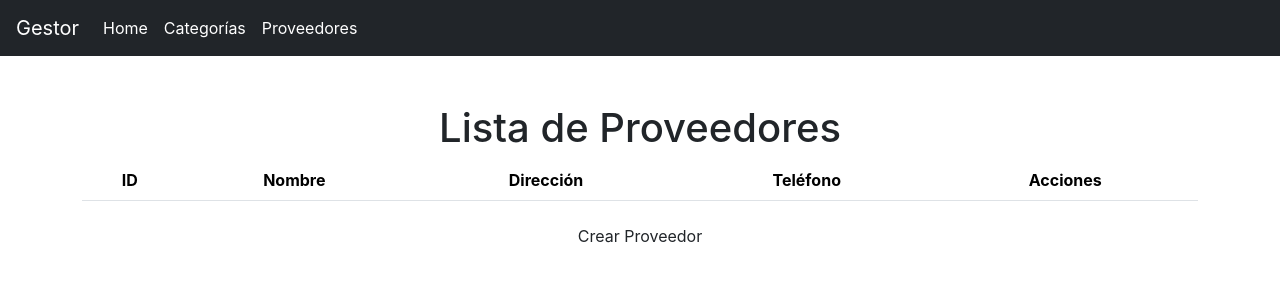
Repository: SantiagoGuaman/gestor-app
Page: /providers
The author's editor kept a copy of each file at every save. The page is drawn from the files as they stood at one save, then again after the next save.
The browser window is 1280 px wide. The pictures show the whole page.
The page's requests for data from a server got no answer. The project was rebuilt for these pictures with package versions that can differ from the ones it lists, and the page was loaded fresh each time. No one was signed in, and anything a server would have sent is missing. Also part of the build but not shown: src/App.css, src/Categories/GetDataCategories.js, src/HomePage/HomePage.js.

Above is the page before, as saved 2024-02-15 09:40:40.

### public/index.html
<!DOCTYPE html>
<html lang="en">
  <head>
    <meta charset="utf-8" />
    <link rel="icon" href="%PUBLIC_URL%/favicon.ico" />
    <meta name="viewport" content="width=device-width, initial-scale=1" />
    <meta name="theme-color" content="#000000" />
    <meta
      name="description"
      content="Web site created using create-react-app"
    />
    <link rel="apple-touch-icon" href="%PUBLIC_URL%/logo192.png" />
    <!--
      manifest.json provides metadata used when your web app is installed on a
      user's mobile device or desktop. See https://developers.google.com/web/fundamentals/web-app-manifest/
    -->
    <link href="https://cdn.jsdelivr.net/npm/bootstrap@5.3.2/dist/css/bootstrap.min.css" rel="stylesheet" integrity="sha384-T3c6CoIi6uLrA9TneNEoa7RxnatzjcDSCmG1MXxSR1GAsXEV/Dwwykc2MPK8M2HN" crossorigin="anonymous">
    <link rel="manifest" href="%PUBLIC_URL%/manifest.json" />
    <!--
      Notice the use of %PUBLIC_URL% in the tags above.
      It will be replaced with the URL of the `public` folder during the build.
      Only files inside the `public` folder can be referenced from the HTML.

      Unlike "/favicon.ico" or "favicon.ico", "%PUBLIC_URL%/favicon.ico" will
      work correctly both with client-side routing and a non-root public URL.
      Learn how to configure a non-root public URL by running `npm run build`.
    -->
    <title>Gestor APP</title>
  </head>
  <body>
    <noscript>You need to enable JavaScript to run this app.</noscript>
    <div id="root"></div>
    <!--
      This HTML file is a template.
      If you open it directly in the browser, you will see an empty page.

      You can add webfonts, meta tags, or analytics to this file.
      The build step will place the bundled scripts into the <body> tag.

      To begin the development, run `npm start` or `yarn start`.
      To create a production bundle, use `npm run build` or `yarn build`.
    -->
  </body>
  <script src="https://cdn.jsdelivr.net/npm/bootstrap@5.3.2/dist/js/bootstrap.bundle.min.js" integrity="sha384-C6RzsynM9kWDrMNeT87bh95OGNyZPhcTNXj1NW7RuBCsyN/o0jlpcV8Qyq46cDfL" crossorigin="anonymous"></script>
</html>

### src/App.js
import { BrowserRouter, Route, Routes } from 'react-router-dom';
import './App.css';
import GetDataCategories from './Categories/GetDataCategories';
import NavBar from './NavBar/NavBar';
import GetDataProviders from './Proveedores/GetDataProviders';
import HomePage from './HomePage/HomePage';

function App() {
  return (
    <BrowserRouter>
      <NavBar />
      <Routes>
        <Route exact path='/' element={<HomePage />} />
        <Route exact path='/categories' element={<GetDataCategories />} />
        <Route exact path='/providers' element={<GetDataProviders />} />
      </Routes>
    </BrowserRouter>
  );
}

export default App;

### src/NavBar/NavBar.js
import React from 'react'
import { Link } from 'react-router-dom'
import './NavBar.css';

function NavBar() {
    return (
        <nav className="navbar navbar-expand-lg navbar-light bg-dark lg">
            <Link className="navbar-brand ms-3" to="/">Gestor</Link>
            <button className="navbar-toggler" type="button" data-toggle="collapse" data-target="#navbarNav" aria-controls="navbarNav" aria-expanded="false" aria-label="Toggle navigation">
                <span className="navbar-toggler-icon"></span>
            </button>
            <div className="collapse navbar-collapse" id="navbarNav">
                <ul className="navbar-nav" >
                    <li className="nav-item active">
                        <Link className="nav-link" to="/">Home</Link>
                    </li>
                    <li className="nav-item">
                        <Link className="nav-link" to="/categories">Categorías</Link>
                    </li>
                    <li className="nav-item">
                        <Link className="nav-link" to="/providers">Proveedores</Link>
                    </li>
                </ul>
            </div>
        </nav>
    )
}

export default NavBar

### src/Proveedores/GetDataProviders.js
import React, { useEffect, useState } from 'react'

function GetDataProviders() {

    const endPoint = 'http://localhost:8080/api/proveedores';

    const [proveedores, setProveedores] = useState([]);
    const [newProveedor, setNewProveedor] = useState({
        nombre: '',
        direccion: '',
        telefono: ''
    });

    const [editProveedor, setEditProveedor] = useState({
        nombre: '',
        direccion: '',
        telefono: ''
    });

    const [isCreateModalOpen, setCreateModalOpen] = useState(false);

    const fetchData = async () => {
        try {
            const response = await fetch(endPoint);
            if (response.ok) {
                const data = await response.json();
                setProveedores(data);
            }
        } catch (error) {
            console.error("Error fetching data:", error);
        }
    };

    const handleCreate = async () => {
        try {
            const response = await fetch(endPoint, {
                method: 'POST',
                headers: {
                    'Content-Type': 'application/json',
                },
                body: JSON.stringify(newProveedor),
            });

            if (response.ok) {
                console.log('Proveedor creado exitosamente');
                fetchData();
                setNewProveedor({
                    nombre: '',
                    direccion: '',
                    telefono: ''
                });
                setCreateModalOpen(false);
            } else {
                console.error('Error al crear el Proveedor');
            }
        } catch (error) {
            console.error('Error al procesar la solicitud de creación:', error);
        }
    };

    const handleEdit = (proveedor) => {
        setEditProveedor(proveedor);
    };

    const handleUpdate = async () => {
        try {
            const response = await fetch(`${endPoint}/${editProveedor.id_proveedor}`, {
                method: 'PUT',
                headers: {
                    'Content-Type': 'application/json',
                },
                body: JSON.stringify(editProveedor),
            });

            if (response.ok) {
                console.log('Proveedor actualizado exitosamente');
                fetchData();
                setEditProveedor({
                    nombre: '',
                    direccion: '',
                    telefono: ''
                });
            } else {
                console.error('Error al actualizar el Proveedor');
            }
        } catch (error) {
            console.error('Error al procesar la solicitud de actualización:', error);
        }
    };

    const handleDelete = async (id) => {
        try {
            const response = await fetch(`${endPoint}/${id}`, {
                method: 'DELETE',
            });

            if (response.ok) {
                console.log('Proveedor eliminado exitosamente');
                fetchData();
            } else {
                console.error('Error al eliminar al Proveedor');
            }
        } catch (error) {
            console.error('Error al procesar la solicitud de eliminación:', error);
        }
    }

    useEffect(() => {
        fetchData();
    }, []);

    return (
        <div className='container text-center mt-5'>
            <h1>Lista de Proveedores</h1>
            <table className="table table-hover">
                <thead>
                    <tr>
                        <th>ID</th>
                        <th>Nombre</th>
                        <th>Dirección</th>
                        <th>Teléfono</th>
                        <th>Acciones</th>
                    </tr>
                </thead>
                <tbody>
                    {proveedores.map((proveedor) => (
                        <tr key={proveedor.id_proveedor}>
                            <td>{proveedor.id_proveedor}</td>
                            <td>{proveedor.nombre}</td>
                            <td>{proveedor.direccion}</td>
                            <td>{proveedor.telefono}</td>
                            <td>
                                <button className='btn btn-secondary btn-sm me-2' onClick={() => handleEdit(proveedor)}>Editar</button>
                                <button className='btn btn-danger btn-sm' onClick={() => handleDelete(proveedor.id_proveedor)}>Eliminar</button>
                            </td>
                        </tr>
                    ))}
                </tbody>
            </table>
            <button className='btn btn' onClick={() => setCreateModalOpen(true)}>Crear Proveedor</button>
            {isCreateModalOpen && (
                <div className="modal" tabIndex="-1" role="dialog" style={{ display: 'block' }}>
                    <div className="modal-dialog" role="document">
                        <div className="modal-content">
                            <div className="modal-header">
                                <h5 className="modal-title">Crear Nuevo Proveedor</h5>
                                <button type="button" className="close" data-dismiss="modal" aria-label="Close" onClick={() => setCreateModalOpen(false)}>
                                    <span aria-hidden="true">&times;</span>
                                </button>
                            </div>

                            <div className="modal-body" style={{ display: 'flex', flexDirection: 'column' }}>
                                <input className='form-control mt-3'
                                    type="text"
                                    placeholder="Nombre"
                                    value={newProveedor.nombre}
                                    onChange={(e) => setNewProveedor({ ...newProveedor, nombre: e.target.value })}
                                />
                                <input className='form-control mt-3'
                                    type="text"
                                    placeholder="Dirección"
                                    value={newProveedor.direccion}
                                    onChange={(e) => setNewProveedor({ ...newProveedor, direccion: e.target.value })}
                                />
                                <input className='form-control mt-3'
                                    type="text"
                                    placeholder="Teléfono"
                                    value={newProveedor.telefono}
                                    onChange={(e) => setNewProveedor({ ...newProveedor, telefono: e.target.value })}
                                />
                            </div>
                            <div className="modal-footer mt-3">
                                <button type="button" className="btn btn-primary" onClick={handleCreate}>Crear</button>
                                <button type="button" className="btn btn-secondary" onClick={() => setCreateModalOpen(false)}>Cancelar</button>
                            </div>
                        </div>
                    </div>
                </div>

            )}

            {editProveedor.id_proveedor && (
                <div>
                    <h2>Editar Proveedor</h2>
                    <input
                        type="text"
                        value={editProveedor.nombre}
                        onChange={(e) => setEditProveedor({ ...editProveedor, nombre: e.target.value })}
                    />
                    <input
                        type="text"
                        value={editProveedor.direccion}
                        onChange={(e) => setEditProveedor({ ...editProveedor, direccion: e.target.value })}
                    />
                    <input
                        type="text"
                        value={editProveedor.telefono}
                        onChange={(e) => setEditProveedor({ ...editProveedor, telefono: e.target.value })}
                    />
                    <button className='btn btn-success' onClick={handleUpdate}>Guardar</button>
                </div>
            )}
        </div>
    );
}

export default GetDataProviders

### src/NavBar/NavBar.css
.nav-link {
    color: #FFFFFF;
}

.nav-link:hover {
    color: #eae9e98c;
}

.navbar-brand {
    color: #FFFFFF;
}

Loaded but not shown: src/index.js (common file); src/index.css (common file); src/reportWebVitals.js (common file)

After the next save:
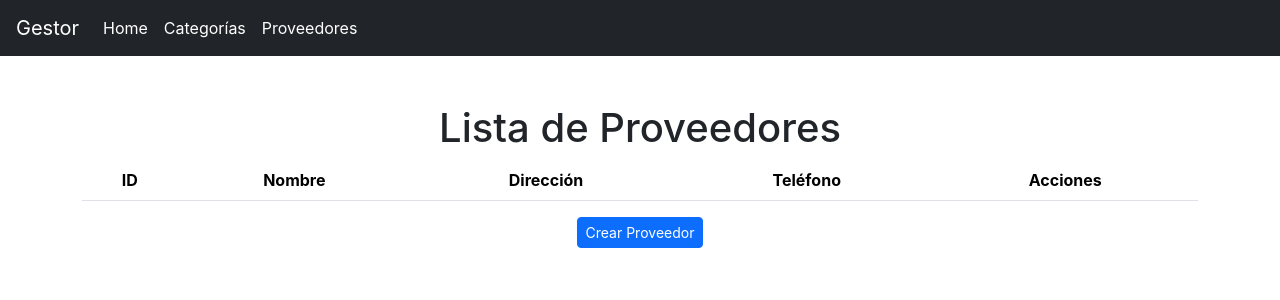
Saved 7 s later.
--- a/src/Proveedores/GetDataProviders.js
+++ b/src/Proveedores/GetDataProviders.js
@@ -137,7 +137,7 @@ function GetDataProviders() {
                     ))}
                 </tbody>
             </table>
-            <button className='btn btn' onClick={() => setCreateModalOpen(true)}>Crear Proveedor</button>
+            <button className='btn btn-primary btn-sm' onClick={() => setCreateModalOpen(true)}>Crear Proveedor</button>
             {isCreateModalOpen && (
                 <div className="modal" tabIndex="-1" role="dialog" style={{ display: 'block' }}>
                     <div className="modal-dialog" role="document">
